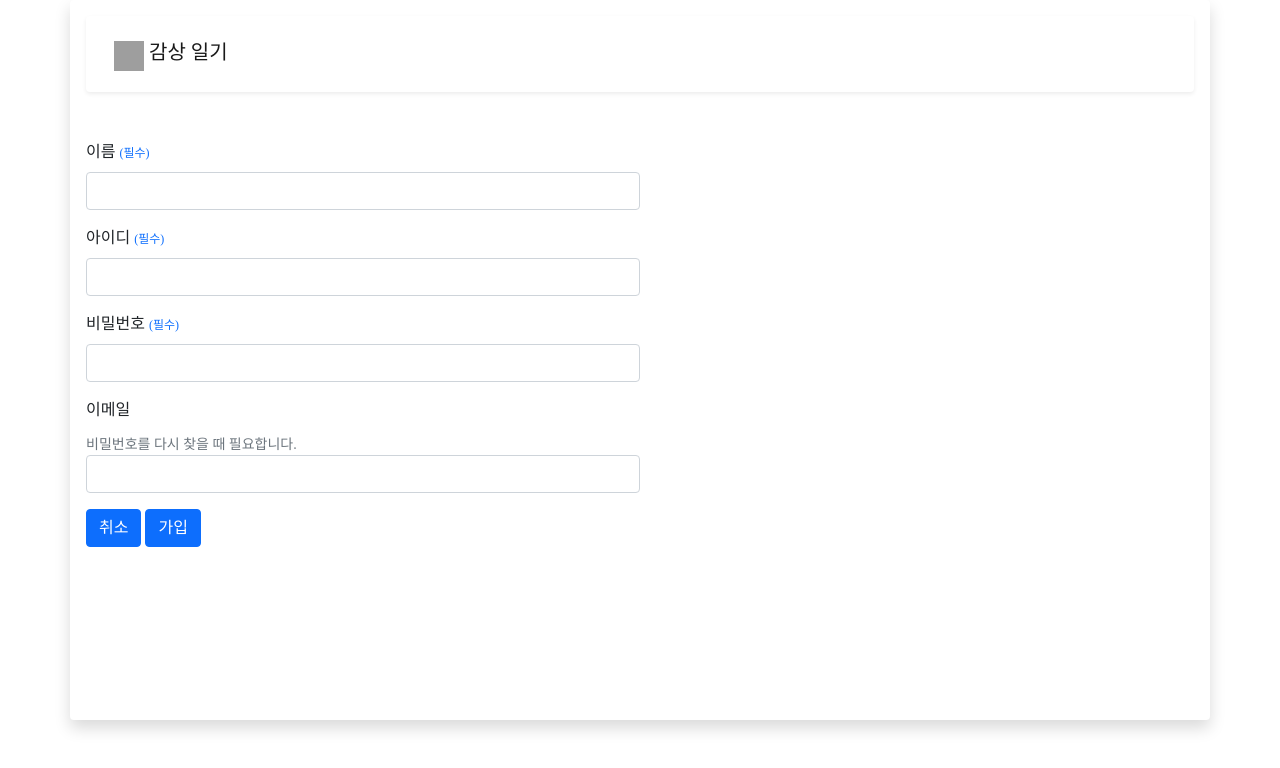
Repository: EunSung98/readMemo
Page: http://localhost/cultureMemoProject/firstStep/signUp.jsp
These files come from the project's save history. The page is drawn as it stood at one moment and after the next save; the edit follows.
The browser window is 1280 px wide. The pictures show the whole page.
Pictures or frames that could not be fetched are drawn as grey boxes. Some web fonts or font styles are not loaded; a fallback is used. The page is served by Tomcat 9.

Above is the page before, as saved 2023-06-07 14:32:59.

After the next save:
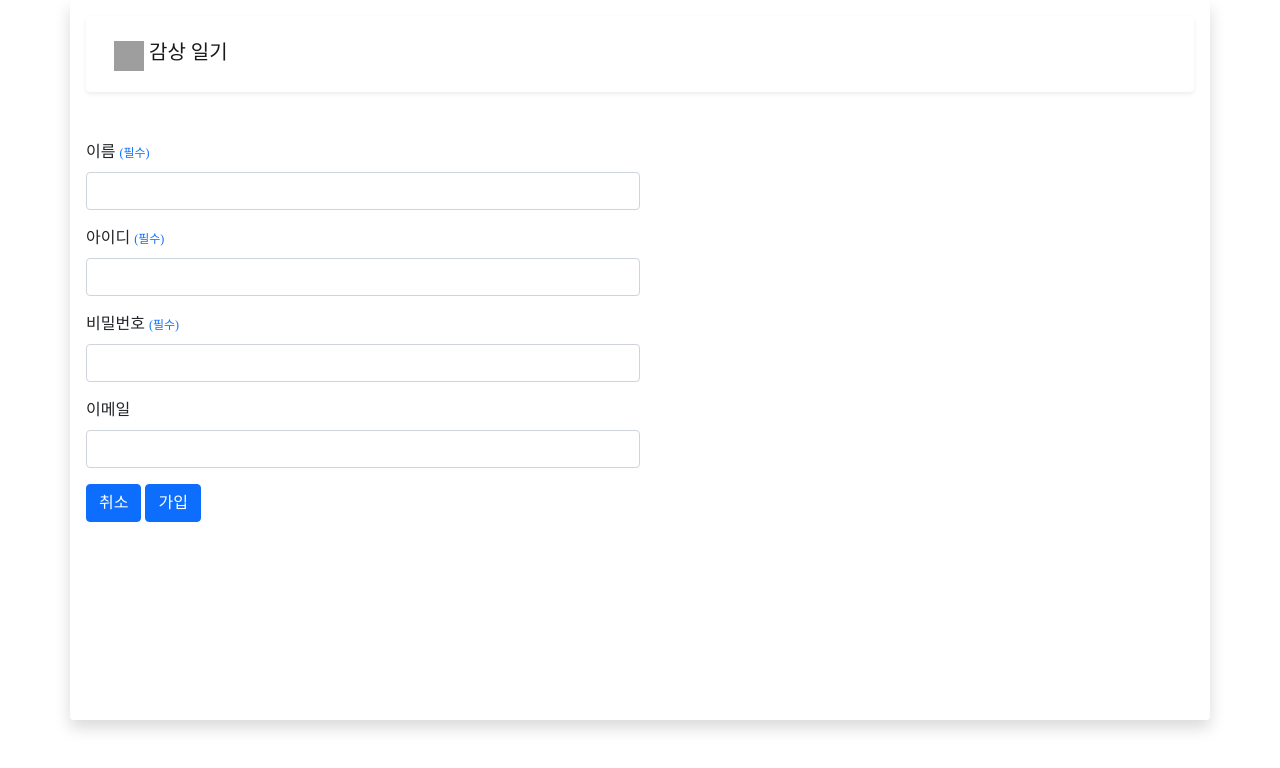
Saved 2 min 4 s later.
--- a/cultureMemoProject/src/main/webapp/firstStep/signUp.jsp
+++ b/cultureMemoProject/src/main/webapp/firstStep/signUp.jsp
@@ -30,7 +30,6 @@
 		</div>
 		<div class="col-12">
 		  <label for="inputCity" class="form-label">이메일</label>
-		  <div id="emailHelp" class="form-text">비밀번호를 다시 찾을 때 필요합니다.</div>
 		  <input type="email" class="w-50 form-control" name="email">
 		</div>
 		<div class="col ">
